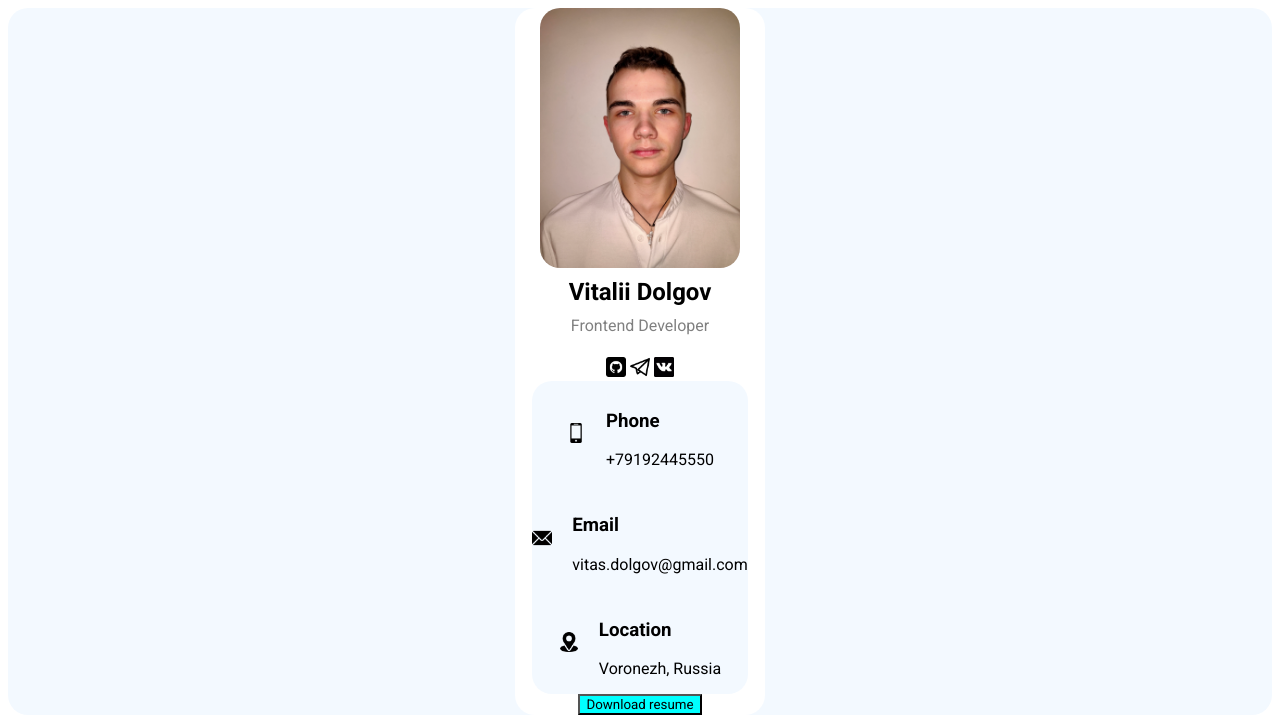
Repository: VitasYo/User_card
Page: src/index.html
The author's editor kept a copy of each file at every save. The page is drawn from the files as they stood at one save, then again after the next save.
The browser window is 1280 px wide. The pictures show the whole page.

Above is the page before, as saved 2024-04-09 20:06:57.

### src/index.html
<!DOCTYPE html>
<html lang="ru">
  <head>
    <meta charset="UTF-8" />
    <meta name="viewport" content="width=device-width, initial-scale=1.0" />
    <title>First html</title>
    <link rel="stylesheet" href="../assets/css/index.css" />
    <script src="script.js"></script>
  </head>
  <body>
    <section class="container">
      <div class="container_card">
        <img class="avatar" src="../assets/img/Фото.jpg" alt="" />
        <div class="user-info">
          <h1>Vitalii Dolgov</h1>
          <div class="position">Frontend Developer</div>
        </div>
        <div>
          <a href="#"
            ><img class="icon" src="../assets/img/github.png" alt="github"
          /></a>
          <a href="#"
            ><img class="icon" src="../assets/img/telegram.png" alt="telegram"
          /></a>
          <a href="#"
            ><img class="icon" src="../assets/img/vk.png" alt="vk"
          /></a>
        </div>
        <div class="items_card">
          <div class="items_string">
            <img class="card_icon" src="../assets/img/phone.png" />
            <div class="card_info">
              <div><h3>Phone</h3></div>
              <div><p>+79192445550</p></div>
            </div>
          </div>
          <div class="items_string">
            <img class="card_icon" src="../assets/img/email.png" />
            <div class="card_info">
              <div><h3>Email</h3></div>
              <div><p>vitas.dolgov@gmail.com</p></div>
            </div>
          </div>
          <div class="items_string">
            <img class="card_icon" src="../assets/img/location.png" />
            <div class="card_info">
              <div><h3>Location</h3></div>
              <div><p>Voronezh, Russia</p></div>
            </div>
          </div>
        </div>
        <button class="button">Download resume</button>
      </div>
    </section>
  </body>
</html>

### assets/css/index.css
@import url("https://fonts.googleapis.com/css2?family=Roboto:ital,wght@0,100;0,300;0,400;0,500;0,700;0,900;1,100;1,300;1,400;1,500;1,700;1,900&display=swap");
* {
  font-family: "Roboto", sans-serif;
}

.container h1 {
  margin-top: 10px;
  margin-bottom: 0;
}

.container {
  display: flex;
  flex-direction: column;
  align-items: center;
  background-color: rgb(243, 249, 255);
  border-radius: 20px;
}

.container_card {
  display: flex;
  flex-direction: column;
  align-items: center;
  background-color: white;
  border-radius: 20px;
  width: 250px;
}

.position {
  color: gray;
}

.avatar {
  width: 200px;
  height: 260px;
  border-radius: 20px;
}

.user-info {
  margin-bottom: 22px;
  display: flex;
  flex-direction: column;
  align-items: center;
  gap: 10px;
}

.icon {
  width: 20px;
  height: 20px;
}

.card_icon {
  width: 20px;
  height: 20px;
}

.items_card {
  background-color: rgb(243, 249, 255);
  border-radius: 20px;
}

.items_string {
  justify-content: center;
  align-items: center;
  display: flex;
  border-bottom: 1px;
  border-width: 1px;
}

.card_info {
  padding-top: 10px;
  padding-left: 20px;
}

.button {
  background-color: aqua;
}

Loaded but not shown: src/script.js (no stored copy; drawn as an empty file)

After the next save:
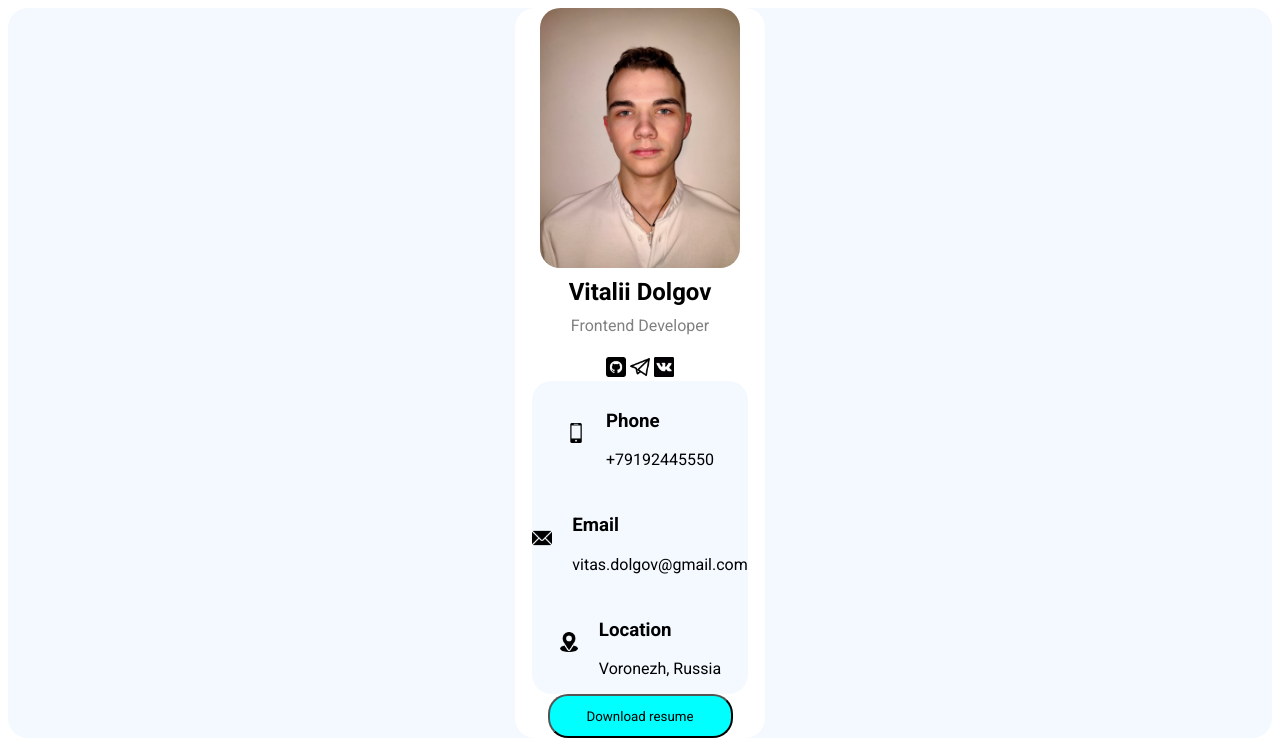
Saved 37 s later.
--- a/assets/css/index.css
+++ b/assets/css/index.css
@@ -73,4 +73,7 @@
 
 .button {
   background-color: aqua;
+  border-radius: 20px;
+  width: 185px;
+  height: 44px;
 }
